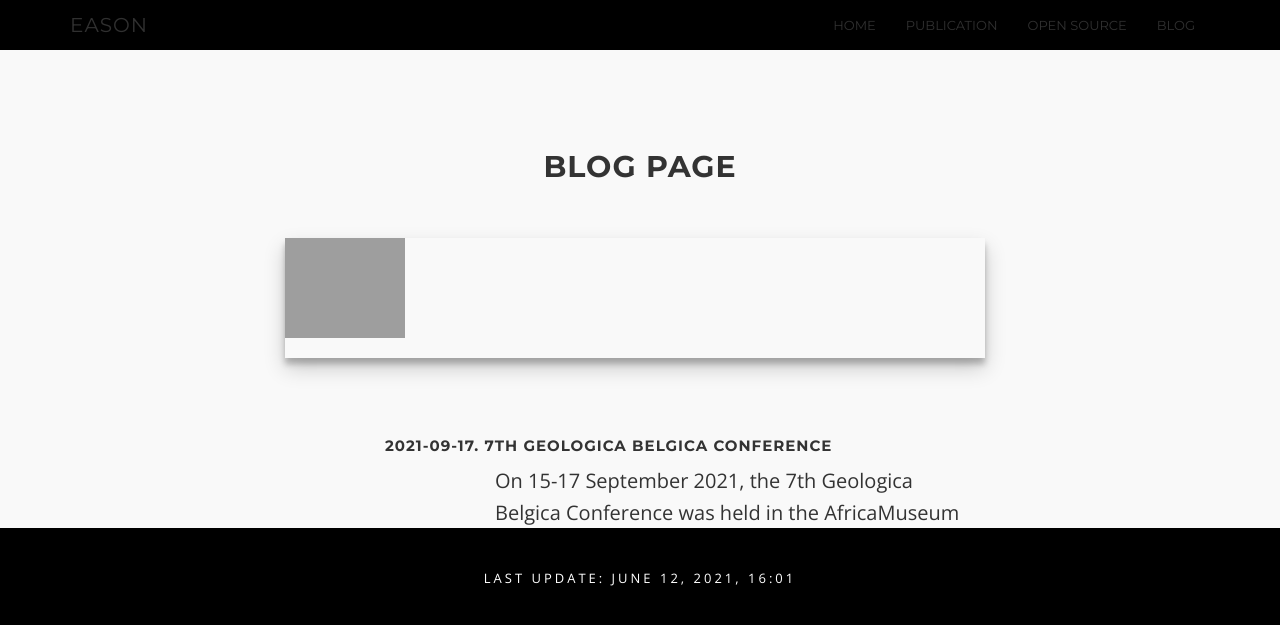
Repository: eazzzon/eazzzon.github.io
Page: blog.html
These files come from the project's save history. The page is drawn as it stood at one moment and after a run of saves; the edit follows.
The browser window is 1280 px wide. The pictures show the whole page.
Pictures or frames that could not be fetched are drawn as grey boxes.

Above is the page before, as saved 2021-09-18 13:18:17.

After the next 2 saves:
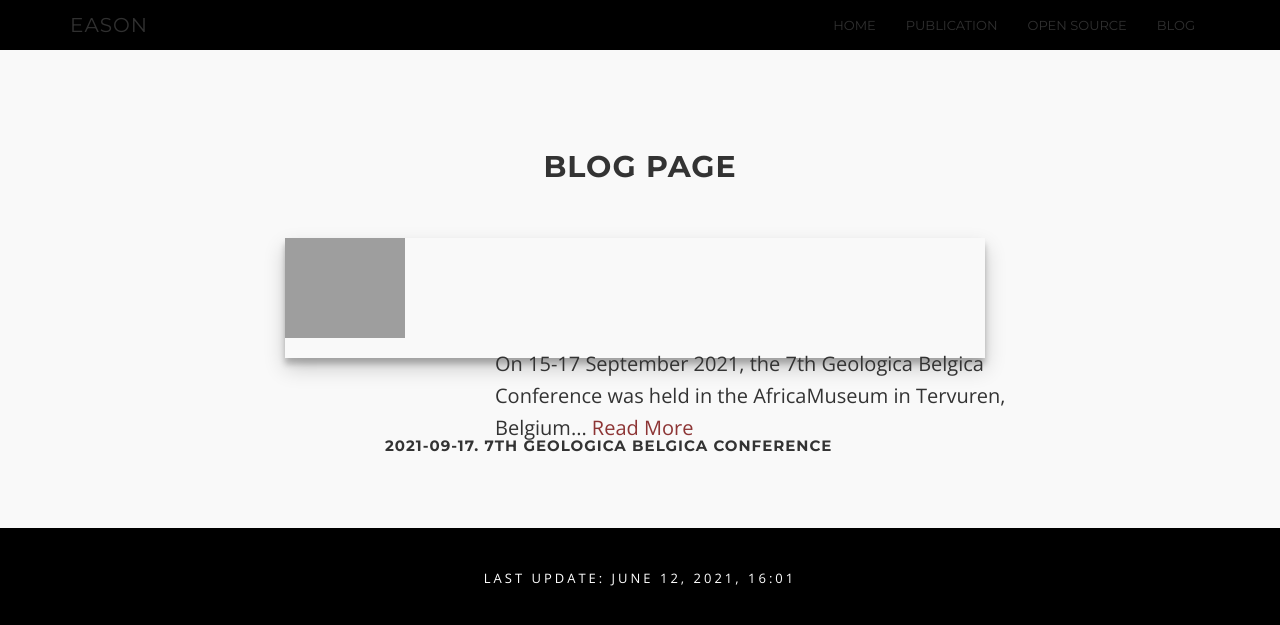
The 2 saves are shown as one change because they came seconds apart.
The last was saved 7 s later.
--- a/css/theme.css
+++ b/css/theme.css
@@ -436,10 +436,10 @@ section {
 
   .box-text {
 	margin: 0px;
-	position: relative;
+	position: absolute;
 	font-size: 15px;
 	padding: 50px;
-	top: 0px
+	top: 0 px
 	left: 10px;
   }
 
